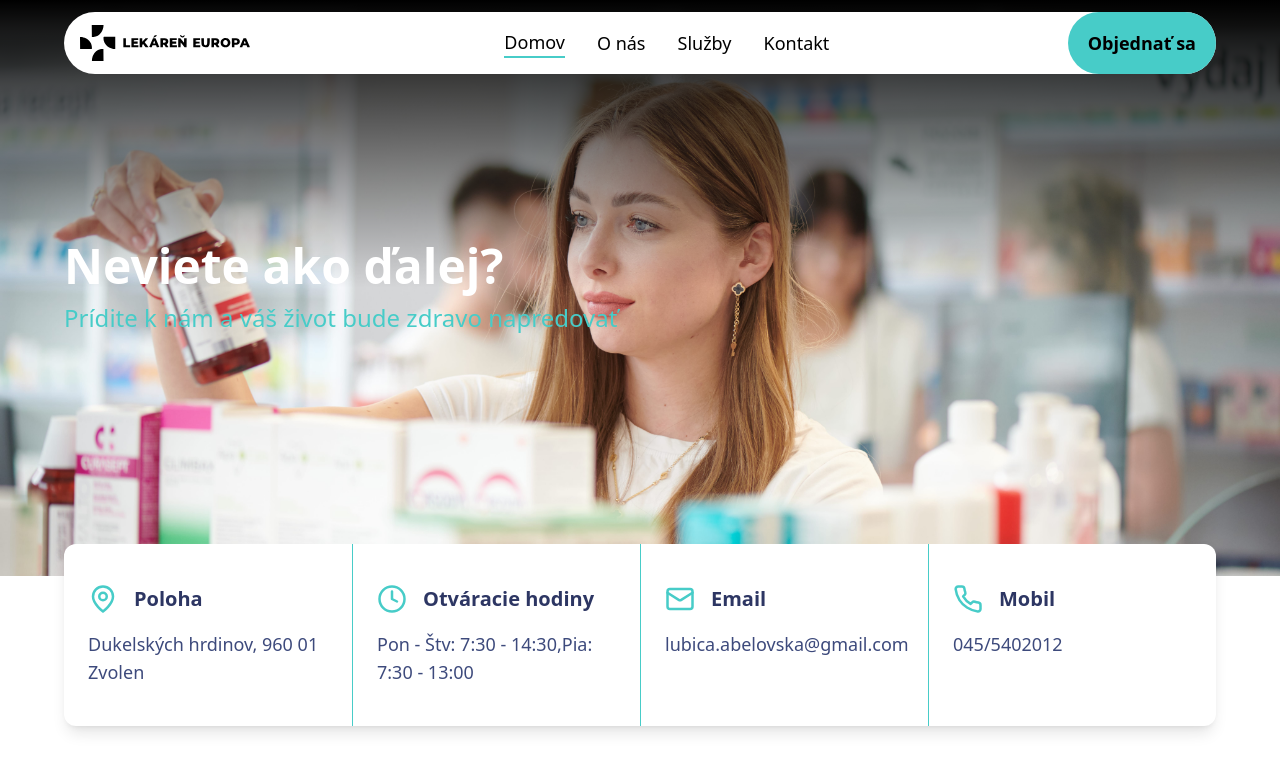
Repository: SimonSkoda13/Lekaren
Page: /
These files come from the project's save history. The page is drawn as it stood at one moment and after the next save; the edit follows.
The browser window is 1280 px wide. The pictures show the whole page.
The project was rebuilt for these pictures with package versions that can differ from the ones it lists, and the page was loaded fresh each time. The framework's server and built-in components were replaced by stand-ins that run in the browser. Also part of the build but not shown: next.config.js.

Above is the page before, as saved 2023-04-22 20:40:07.

After the next save:
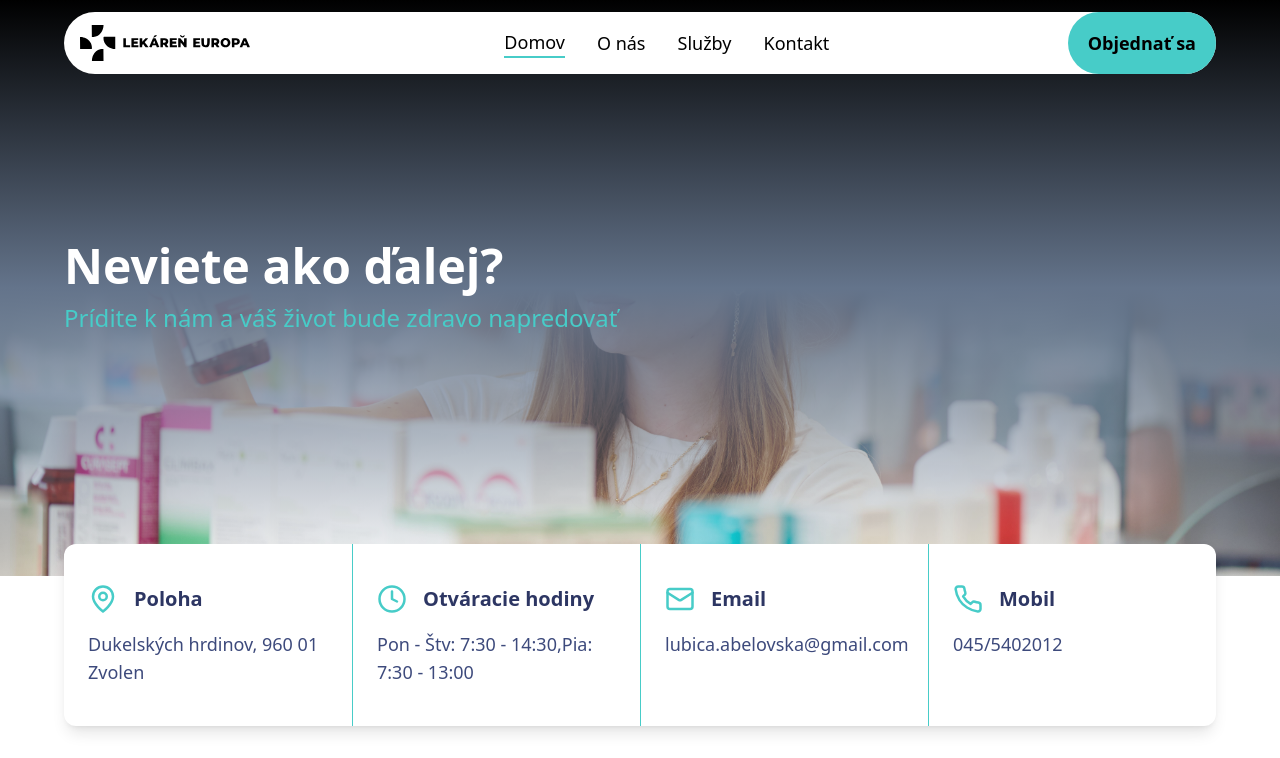
Saved 21 s later.
--- a/src/app/components/HomeHero/ImageGradient/ImageGradient.tsx
+++ b/src/app/components/HomeHero/ImageGradient/ImageGradient.tsx
@@ -8,7 +8,7 @@
   const { children } = props;
   return (
     <div className="relative w-full h-full overflow-hidden z-10">
-      <div className="absolute inset-0 z-10 bg-gradient-to-b from-black via-transparent to-transparent"></div>
+      <div className="absolute inset-0 z-10 bg-gradient-to-b from-black via-slate-500 to-transparent"></div>
       {children}
     </div>
   );

After the save that followed:
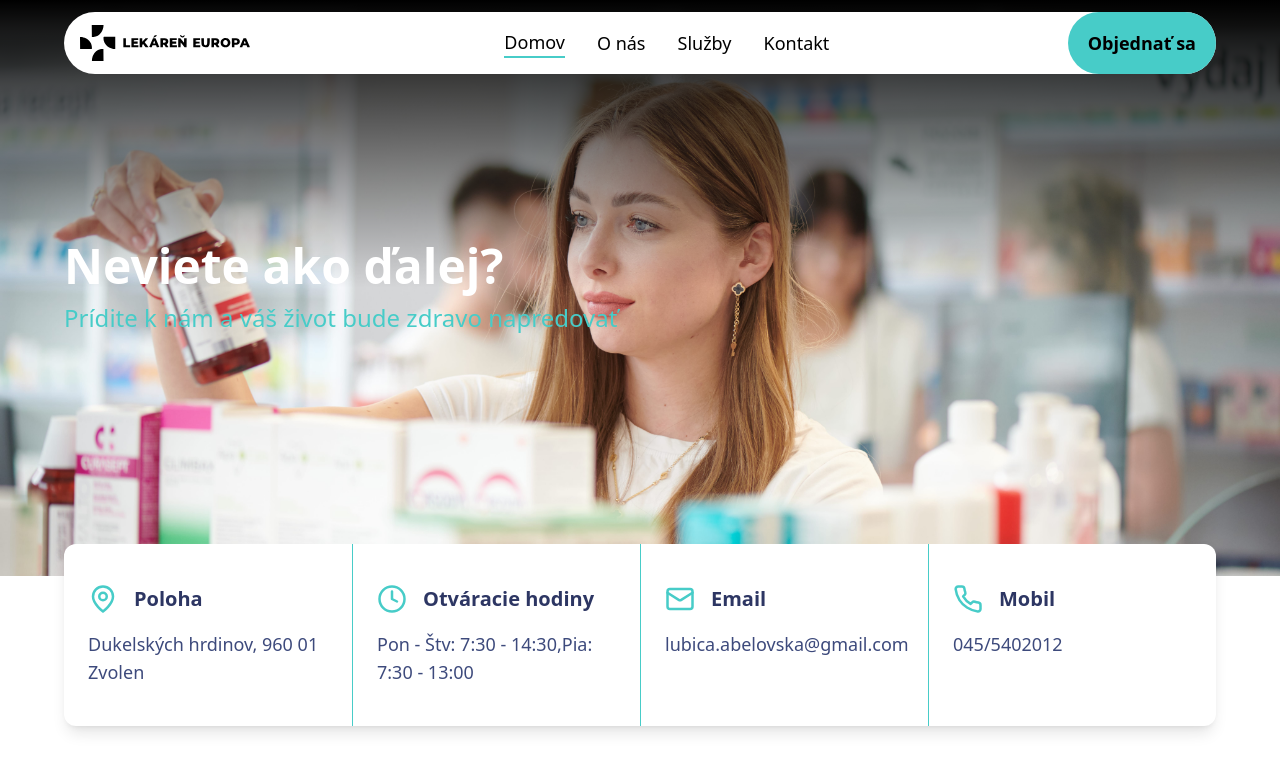
Saved 7 s later.
--- a/src/app/components/HomeHero/ImageGradient/ImageGradient.tsx
+++ b/src/app/components/HomeHero/ImageGradient/ImageGradient.tsx
@@ -8,7 +8,7 @@
   const { children } = props;
   return (
     <div className="relative w-full h-full overflow-hidden z-10">
-      <div className="absolute inset-0 z-10 bg-gradient-to-b from-black via-slate-500 to-transparent"></div>
+      <div className="absolute inset-0 z-10 bg-gradient-to-b from-black via-transparent to-transparent"></div>
       {children}
     </div>
   );
